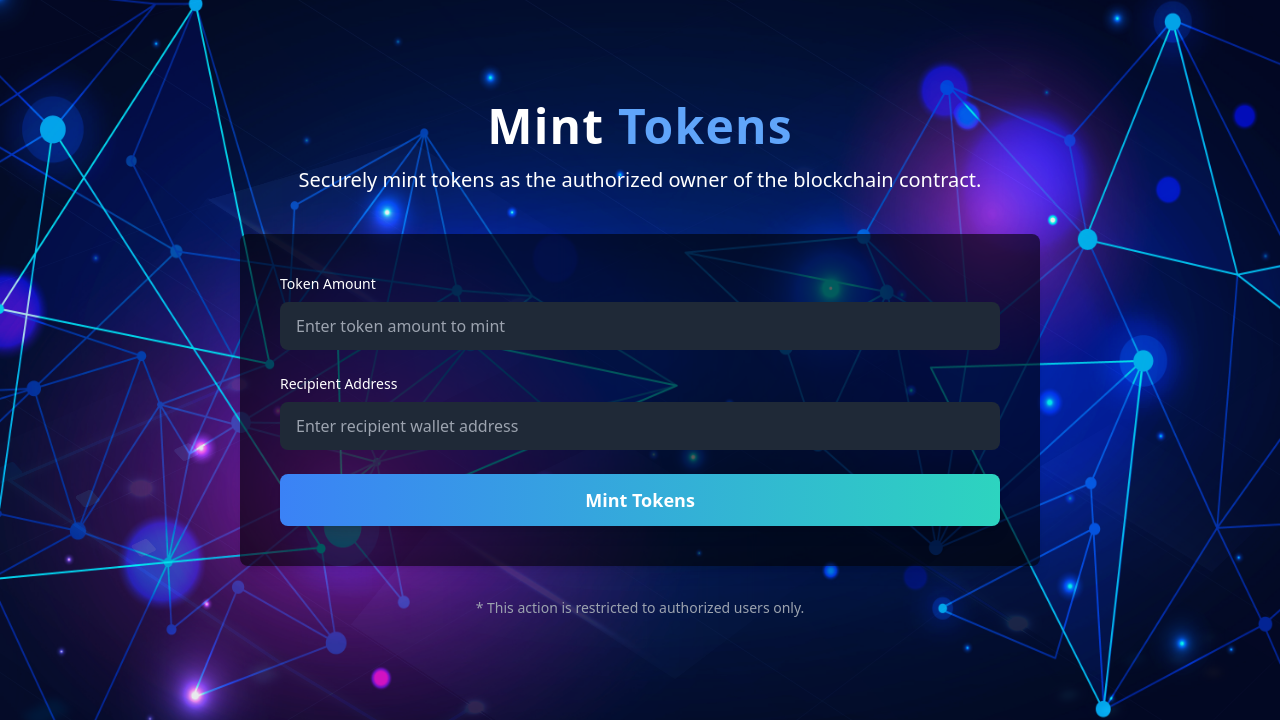
Repository: gloriousnetworker/project-osaa
Page: /mint
The author's editor kept a copy of each file at every save. The page is drawn from the files as they stood at one save, then again after the next save.
The browser window is 1280 px wide. The pictures show the whole page.
The project was rebuilt for these pictures with package versions that can differ from the ones it lists, and the page was loaded fresh each time. Also part of the build but not shown: vite.config.js, src/pages/Home.jsx, src/pages/Transfer.jsx, src/pages/Balance.jsx.

Above is the page before, as saved 2025-01-18 08:43:17.

### src/index.css
@tailwind base;
@tailwind components;
@tailwind utilities;

/* Background Animation */
.bg-animation {
  animation: backgroundChange 15s infinite;
  background-image: url("/background1.jpg");
  background-size: cover;
  background-repeat: no-repeat;
  background-position: center;
}

@keyframes backgroundChange {
  0% {
    background-image: url("/background1.jpg");
  }
  33% {
    background-image: url("/background2.jpg");
  }
  66% {
    background-image: url("/background3.jpg");
  }
  100% {
    background-image: url("/background1.jpg");
  }
}

/* Typing and Deleting Effect */
.typing-effect {
  font-family: "Courier New", Courier, monospace;
  white-space: nowrap;
  overflow: hidden;
  display: inline-block;
  border-right: 3px solid rgba(255, 255, 255, 0.75); /* Blinking cursor */
  animation: typing 8s steps(40, end), erasing 8s steps(40, end) 16s, typing-reverse 8s steps(40, end) 24s, erasing-reverse 8s steps(40, end) 32s infinite, blink 0.75s step-end infinite;
}

/* Typing forward animation */
@keyframes typing {
  from {
    width: 0;
  }
  to {
    width: 100%;
  }
}

/* Erasing forward animation */
@keyframes erasing {
  from {
    width: 100%;
  }
  to {
    width: 0;
  }
}

/* Typing reverse animation */
@keyframes typing-reverse {
  from {
    width: 0;
  }
  to {
    width: 100%;
  }
}

/* Erasing reverse animation */
@keyframes erasing-reverse {
  from {
    width: 100%;
  }
  to {
    width: 0;
  }
}

/* Blinking cursor effect */
@keyframes blink {
  from {
    border-color: rgba(255, 255, 255, 0.75);
  }
  to {
    border-color: transparent;
  }
}

### src/App.jsx
import React from 'react';
import { BrowserRouter as Router, Routes, Route } from 'react-router-dom';
import Home from './pages/Home';
import Mint from './pages/Mint';
import Transfer from './pages/Transfer';
import Balance from './pages/Balance';

const App = () => {
  return (
    <Router>
      <Routes>
        <Route path="/" element={<Home />} />
        <Route path="/mint" element={<Mint />} />
        <Route path="/transfer" element={<Transfer />} />
        <Route path="/balance" element={<Balance />} />
      </Routes>
    </Router>
  );
};

export default App;

### src/pages/Mint.jsx
import React, { useState } from "react";
import { toast, ToastContainer } from "react-toastify";
import "react-toastify/dist/ReactToastify.css";

const MintTokens = () => {
  const [amount, setAmount] = useState("");
  const [recipient, setRecipient] = useState("");

  // Handle form submission
  const handleSubmit = (e) => {
    e.preventDefault();
    console.log("Form submitted");

    // Simulate minting logic (replace with actual blockchain logic)
    if (amount > 0 && recipient) {
      // Successful minting
      toast.success("Tokens successfully minted!", {
        position: "bottom-right",  // Correct position as a string
        className: "toast-success",
        bodyClassName: "toast-body",
        autoClose: 5000,
      });

      // Reset form fields after a short delay (to let the toast appear)
      setTimeout(() => {
        setAmount("");
        setRecipient("");
      }, 5000);  // Delay reset by the toast duration (5000ms)
    } else {
      // Failure
      toast.error("Failed to mint tokens. Check your inputs.", {
        position: "bottom-right",  // Correct position as a string
        className: "toast-error",
        bodyClassName: "toast-body",
        autoClose: 5000,
      });
    }
  };

  return (
    <div className="min-h-screen flex flex-col items-center justify-center bg-animation relative">
      {/* Overlay for readability */}
      <div className="absolute top-0 left-0 w-full h-full bg-black bg-opacity-50 -z-10"></div>

      {/* Content Section */}
      <div className="z-10 text-center text-white px-6 lg:px-12 max-w-4xl w-full">
        {/* Page Header */}
        <h1 className="text-4xl lg:text-5xl font-bold tracking-wide mb-4">
          Mint <span className="text-blue-400">Tokens</span>
        </h1>
        <p className="text-lg lg:text-xl font-medium mb-10">
          Securely mint tokens as the authorized owner of the blockchain contract.
        </p>

        {/* Mint Form */}
        <form className="bg-black bg-opacity-60 p-6 lg:p-10 rounded-lg shadow-lg" onSubmit={handleSubmit}>
          {/* Token Amount */}
          <div className="mb-6">
            <label htmlFor="amount" className="block text-left text-sm font-medium mb-2">
              Token Amount
            </label>
            <input
              type="number"
              id="amount"
              name="amount"
              value={amount}
              onChange={(e) => setAmount(e.target.value)}
              className="w-full py-3 px-4 rounded-lg bg-gray-800 text-white focus:ring-2 focus:ring-blue-500 outline-none"
              placeholder="Enter token amount to mint"
              required
            />
          </div>

          {/* Recipient Address */}
          <div className="mb-6">
            <label htmlFor="recipient" className="block text-left text-sm font-medium mb-2">
              Recipient Address
            </label>
            <input
              type="text"
              id="recipient"
              name="recipient"
              value={recipient}
              onChange={(e) => setRecipient(e.target.value)}
              className="w-full py-3 px-4 rounded-lg bg-gray-800 text-white focus:ring-2 focus:ring-blue-500 outline-none"
              placeholder="Enter recipient wallet address"
              required
            />
          </div>

          {/* Submit Button */}
          <button
            type="submit"
            className="w-full py-3 bg-gradient-to-r from-blue-500 to-teal-400 hover:from-teal-400 hover:to-blue-500 text-white rounded-lg text-lg font-semibold shadow-lg hover:shadow-xl transition-all"
          >
            Mint Tokens
          </button>
        </form>

        {/* Notes Section */}
        <p className="mt-8 text-sm text-gray-400">
          * This action is restricted to authorized users only.
        </p>
      </div>

      {/* Toastr Container */}
      <ToastContainer
        position="bottom-right"
        autoClose={5000}
        hideProgressBar
        newestOnTop
        closeOnClick
        rtl={false}
        pauseOnFocusLoss
        draggable
        pauseOnHover
        theme="dark"
        className="z-50" // Ensure it stays on top of everything
      />
    </div>
  );
};

export default MintTokens;

### tailwind.config.js
module.exports = {
  content: [
    "./index.html",
    "./src/**/*.{js,jsx,ts,tsx}",
  ],
  theme: {
    extend: {
      fontFamily: {
        'times': ['Times New Roman', 'serif'],
      },
    },
  },
  plugins: [],
};

Loaded but not shown: index.html (common file); src/main.jsx (common file)

After the next save:
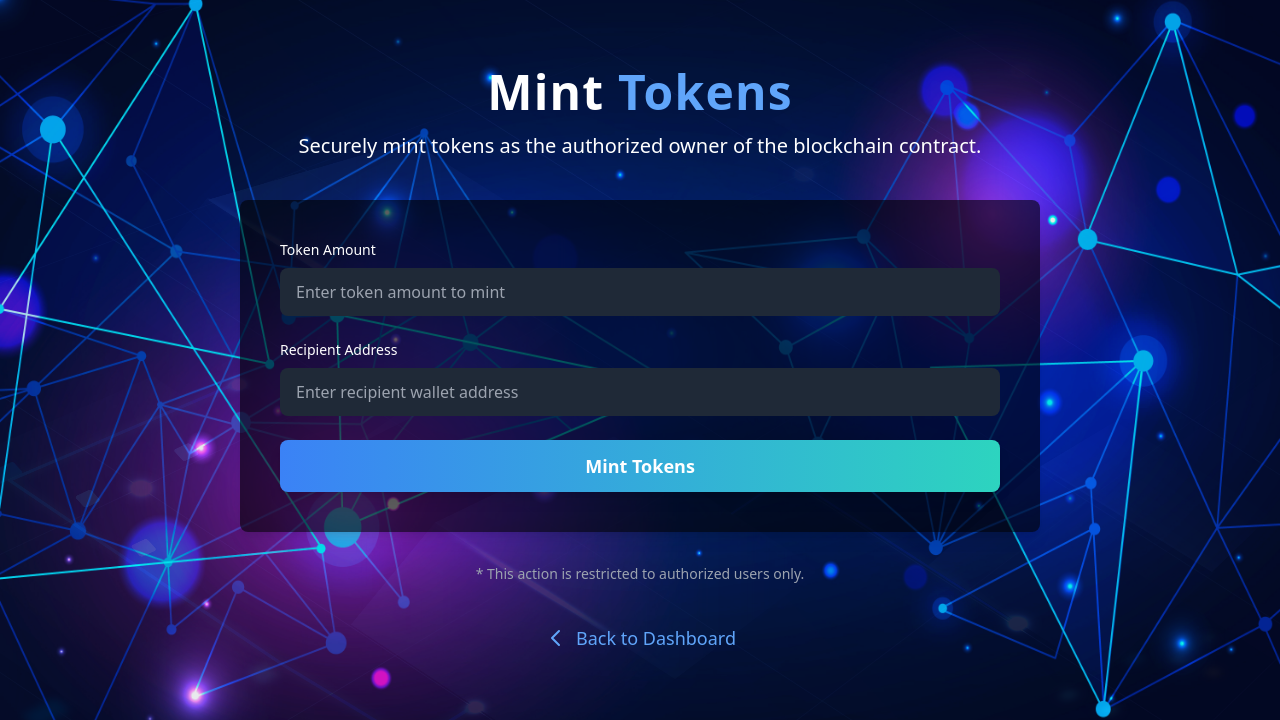
Saved 115 s later.
--- a/src/pages/Mint.jsx
+++ b/src/pages/Mint.jsx
@@ -1,10 +1,12 @@
 import React, { useState } from "react";
 import { toast, ToastContainer } from "react-toastify";
 import "react-toastify/dist/ReactToastify.css";
+import { useRouter } from "next/router"; // If you're using Next.js for navigation
 
 const MintTokens = () => {
   const [amount, setAmount] = useState("");
   const [recipient, setRecipient] = useState("");
+  const router = useRouter(); // For navigation back to the dashboard
 
   // Handle form submission
   const handleSubmit = (e) => {
@@ -15,21 +17,21 @@
     if (amount > 0 && recipient) {
       // Successful minting
       toast.success("Tokens successfully minted!", {
-        position: "bottom-right",  // Correct position as a string
+        position: "bottom-right",
         className: "toast-success",
         bodyClassName: "toast-body",
         autoClose: 5000,
       });
 
-      // Reset form fields after a short delay (to let the toast appear)
+      // Reset form fields after a short delay
       setTimeout(() => {
         setAmount("");
         setRecipient("");
-      }, 5000);  // Delay reset by the toast duration (5000ms)
+      }, 5000);
     } else {
       // Failure
       toast.error("Failed to mint tokens. Check your inputs.", {
-        position: "bottom-right",  // Correct position as a string
+        position: "bottom-right",
         className: "toast-error",
         bodyClassName: "toast-body",
         autoClose: 5000,
@@ -53,10 +55,16 @@
         </p>
 
         {/* Mint Form */}
-        <form className="bg-black bg-opacity-60 p-6 lg:p-10 rounded-lg shadow-lg" onSubmit={handleSubmit}>
+        <form
+          className="bg-black bg-opacity-60 p-6 lg:p-10 rounded-lg shadow-lg"
+          onSubmit={handleSubmit}
+        >
           {/* Token Amount */}
           <div className="mb-6">
-            <label htmlFor="amount" className="block text-left text-sm font-medium mb-2">
+            <label
+              htmlFor="amount"
+              className="block text-left text-sm font-medium mb-2"
+            >
               Token Amount
             </label>
             <input
@@ -73,7 +81,10 @@
 
           {/* Recipient Address */}
           <div className="mb-6">
-            <label htmlFor="recipient" className="block text-left text-sm font-medium mb-2">
+            <label
+              htmlFor="recipient"
+              className="block text-left text-sm font-medium mb-2"
+            >
               Recipient Address
             </label>
             <input
@@ -103,6 +114,30 @@
         </p>
       </div>
 
+      {/* Back to Dashboard */}
+      <div className="mt-10 z-10 text-center">
+        <button
+          onClick={() => router.push("/")} // Replace '/' with the dashboard route if different
+          className="text-blue-400 hover:text-blue-600 flex items-center justify-center space-x-2 text-lg font-medium transition"
+        >
+          <svg
+            xmlns="http://www.w3.org/2000/svg"
+            fill="none"
+            viewBox="0 0 24 24"
+            strokeWidth={2}
+            stroke="currentColor"
+            className="w-6 h-6"
+          >
+            <path
+              strokeLinecap="round"
+              strokeLinejoin="round"
+              d="M15 19l-7-7 7-7"
+            />
+          </svg>
+          <span>Back to Dashboard</span>
+        </button>
+      </div>
+
       {/* Toastr Container */}
       <ToastContainer
         position="bottom-right"
@@ -115,7 +150,7 @@
         draggable
         pauseOnHover
         theme="dark"
-        className="z-50" // Ensure it stays on top of everything
+        className="z-50"
       />
     </div>
   );
